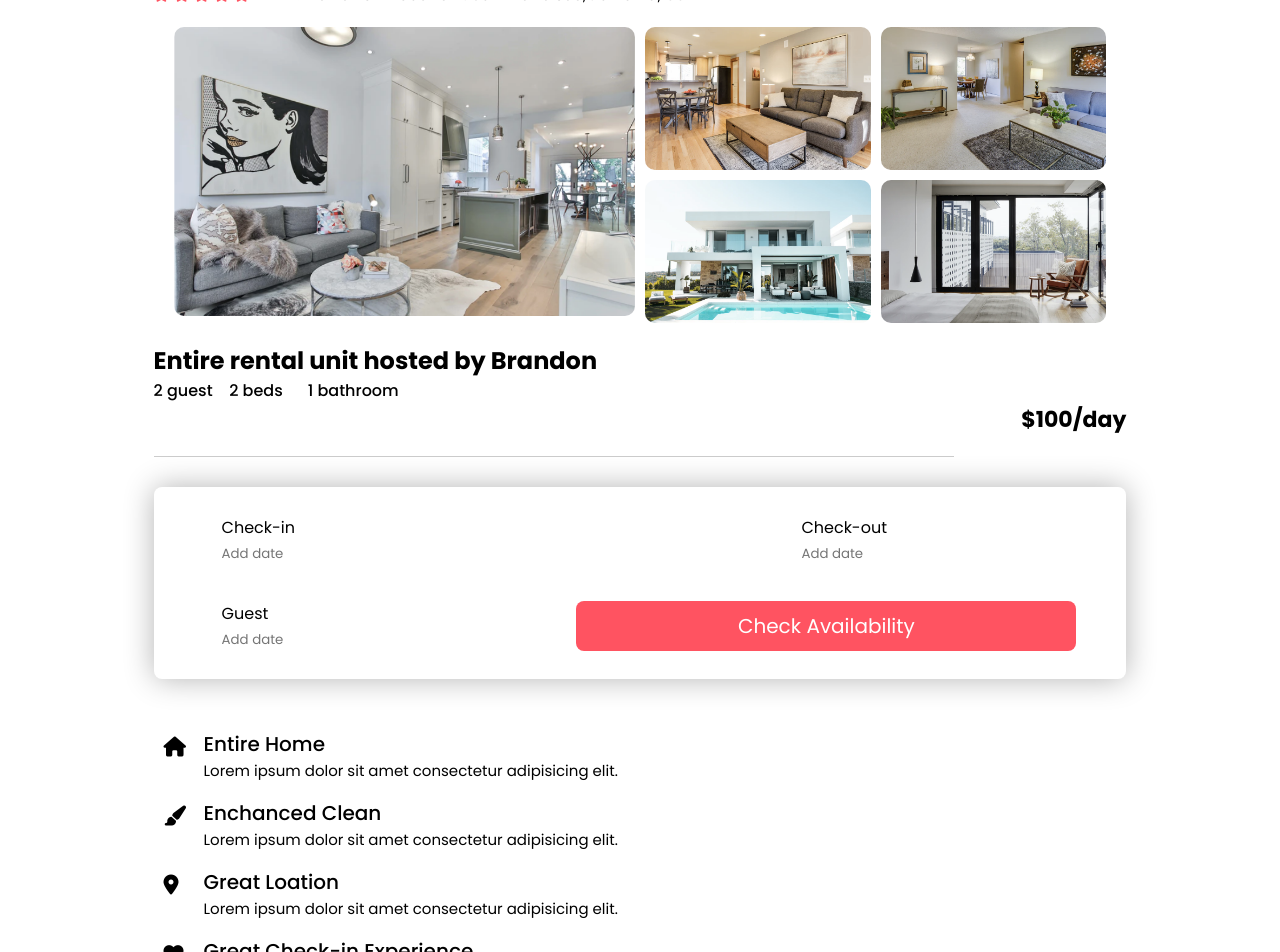
Repository: pinocoding/AirBnB
Page: house.html
An editor plug-in stored every save of this project. The page is shown before and after the next save, followed by the edit.
The browser window is 1280 px wide. The pictures show the part of the page from y = 211 to 1163 px (the page is 2510 px tall).

Above is the page before, as saved 2022-02-12 18:35:02.
Console error: TypeError: Cannot set properties of null (setting 'onchange')

### house.html
<!DOCTYPE html>
<html lang="en">

<head>
    <meta charset="UTF-8">
    <meta http-equiv="X-UA-Compatible" content="IE=edge">
    <meta name="viewport" content="width=device-width, initial-scale=1.0">
    <link rel="stylesheet" href="https://cdnjs.cloudflare.com/ajax/libs/font-awesome/6.0.0-beta3/css/all.min.css">
    <link rel="stylesheet" href="style.css">
    <title>House</title>
</head>

<body>
    <div class="warrper">
        <!-- --------Nav------------ -->
        <nav id="navBar" class="navbar-white">
            <a href="./index.html"><img src="./images/logo-red.png" class="logo" alt="blem"></a>

            <ul class="nav-links">
                <li><a href="./index.html">Popular Places</a></li>
                <li><a href="./house.html" class="active">Travel Outside</a></li>
                <li><a href="./listing.html">Online Packages</a></li>
            </ul>
            <a href="#" class="regiser-btn">Register Now</a>
            <i class="fas fa-bars menuIcon"></i>
        </nav>
        <!-- ------------nav-------------------- -->
        <div class="house-details">
            <div class="house-title">
                <h1>Wenge House</h1>
                <div class="row">

                    <div>
                        <i class="fas fa-star"></i>
                        <i class="fas fa-star"></i>
                        <i class="fas fa-star"></i>
                        <i class="fas fa-star"></i>
                        <i class="fas fa-star-half-alt"></i>
                        <span> 245 Reviews</span>
                    </div>
                    <p>
                        Location : San Francisco,Califonia, USA
                    </p>
                </div>
            </div>
            <div class="gallery">
                <div class="gallery-img-1"><img src="./images/house-1.png" alt=""></div>
                <div><img src="./images/house-2.png" alt=""></div>
                <div><img src="./images/house-3.png" alt=""></div>
                <div><img src="./images/house-4.png" alt=""></div>
                <div><img src="./images/house-5.png" alt=""></div>
            </div>
            <div class="small-details">
                <h2>
                    Entire rental unit hosted by Brandon
                </h2>
                <p>
                    2 guest&nbsp; &nbsp; 2 beds &nbsp; &nbsp;&nbsp; 1 bathroom
                </p>
                <h4>
                    $100/day
                </h4>
            </div>
            <hr class="line">
            <form class="check-form">
                <div>
                    <label for="">Check-in</label>
                    <input type="text" placeholder="Add date"></input>
                </div>
                <div>
                    <label for="">Check-out</label>
                    <input type="text" placeholder="Add date"></input>
                </div>
                <div>
                    <label class="guest-field">Guest</label>
                    <input type="text" placeholder="Add date"></input>
                </div>
                <button type="submit">Check Availability</button>
            </form>
            <ul class="details-list">
                <li>
                    <i class="fa fa-home"></i> Entire Home
                    <span>
Lorem ipsum dolor sit amet consectetur adipisicing elit.
                </span>
                </li>
                <li><i class="fa fa-paint-brush"></i> Enchanced Clean
                    <span>
Lorem ipsum dolor sit amet consectetur adipisicing elit.
                </span>
                </li>


                <li> <i class="fa fa-map-marker-alt"></i> Great Loation
                    <span>
Lorem ipsum dolor sit amet consectetur adipisicing elit.
                </span>
                </li>
                <li><i class="fa fa-heart"></i> Great Check-in Experience
                    <span>
Lorem ipsum dolor sit amet consectetur adipisicing elit.
                </span>
                </li>

                <hr class="line">
                <p class="home-desc">
                    Lorem ipsum dolor sit amet consectetur, adipisicing elit. Ex quam repudiandae molestias. Quo, unde. Sapiente, autem quisquam? Unde perspiciatis fugiat dolore officiis hic adipisci ea blanditiis, omnis doloremque ipsum quod. Lorem ipsum, dolor sit amet
                    consectetur adipisicing elit. Odit tempore quod et quisquam repellendus debitis porro, animi natus aperiam hic ipsam nam voluptas fuga id in nihil. Autem, perspiciatis a.
                </p>
                <hr class="line">
                <div class="map">
                    <h3>Location on map </h3>
                    <iframe src="https://www.google.com/maps/embed?pb=!1m18!1m12!1m3!1d15672.688169808336!2d106.59024387759956!3d10.874515898531596!2m3!1f0!2f0!3f0!3m2!1i1024!2i768!4f13.1!3m3!1m2!1s0x3174d58f3d99ccbd%3A0x5e12439e238387fe!2sHoc%20Mon%20Market!5e0!3m2!1sen!2s!4v1644088749813!5m2!1sen!2s"
                        width="600" height="450" style="border:0;" allowfullscreen="" loading="lazy"></iframe>

                </div>
                <b>Location : San Francisco,Califonia, USA</b>
                <p>It's like your home now </p>
                <hr class="line">
                <div class="host">
                    <img src="./images/host.jpg" alt="">
                    <div>
                        <h2>Hosted by Pino</h2>
                        <p>
                            <span>
                            <i class="fas fa-star"></i>
                            <i class="fas fa-star"></i>
                            <i class="fas fa-star"></i>
                            <i class="fas fa-star"></i>
                            <i class="fas fa-star-half-alt"></i>
                        </span>245 Reviews &nbsp;&nbsp; Response rate 100%&nbsp;&nbsp; Response 60 min </p>
                    </div>
                </div>
                <div class="host-btn">
                    <a href="#" class="contract-host">Contract Host</a>
                </div>
        </div>
        <div>
            <div class="footer"> <a href="https://www.facebook.com/profile.php?id=100018576767732" aria-label="Read more about Seminole tax hike"><i class="fab fa-facebook"></i></a>
                <a href=""><i class="fab fa-youtube" aria-label="Read more about Seminole tax hike"></i> </a>

                <a href=""><i class="fab fa-twitter" aria-label="Read more about Seminole tax hike"></i></a> <a href=""><i class="fab fa-instagram" aria-label="Read more about Seminole tax hike"></i></a> <a href=""><i class="fab fa-tiktok" aria-label="Read more about Seminole tax hike"></i></a>
                <hr>
                <p>Copyright @ 2021, Easy Tutorials.</p>
            </div>

        </div>
    </div>

    <script src="./function.js"></script>
</body>

</html>

### style.css
@import url('https://fonts.googleapis.com/css2?family=Poppins:wght@300;400;500;600;700&display=swap');
:root {
    --text-colorWhite: #fff;
    --text-colorBlack: #000;
    --background: #fff;
}

* {
    margin: 0;
    padding: 0;
    box-sizing: border-box;
    font-family: 'Poppins', sans-serif;
}

.header {
    min-height: 100vh;
    width: 100%;
    background-image: linear-gradient(rgba(0, 0, 0, 0.3), rgba(0, 0, 0, 0.3)), url(./images/banner.png);
    background-size: cover;
    background-position: center;
}

nav {
    display: flex;
    align-items: center;
    justify-content: space-between;
    padding: 20px 7%;
}

.logo {
    width: 140px;
    cursor: pointer;
}

.nav-links li {
    list-style: none;
    display: inline-block;
    margin: 10px 30px;
}

.nav-links li a:hover {
    color: #ccc;
    border-radius: 4px;
}

.nav-links li a {
    text-decoration: none;
    color: var(--text-colorWhite);
}

.regiser-btn {
    background: var(--background);
    color: #000;
    padding: 8px 20px;
    border-radius: 20px;
    font-size: 14px;
    text-decoration: none;
    outline: none;
    cursor: pointer;
}

.container {
    padding: 0 7%;
}

.container h1 {
    font-size: 4vw;
    font-weight: 500;
    color: var(--text-colorWhite);
    text-align: center;
    padding-top: 22%
}

.search-bar {
    background: var(--background);
    width: 50%;
    margin: 30px auto;
    padding: 6px 10px 6px 30px;
    border-radius: 50px;
}

.search-bar form {
    display: flex;
    align-items: center;
    flex-wrap: wrap;
}

.search-bar form input {
    display: block;
    border: 0;
    outline: none;
    background: transparent;
}

.search-bar form button {
    background: #ff5361;
    width: 55px;
    height: 55px;
    border-radius: 50%;
    outline: none;
    border: 0;
    cursor: pointer;
}

.search-bar form button img {
    width: 15px;
    margin-top: 7px;
}

.location-input {
    flex: 1;
}

.search-bar form label {
    font-weight: 600;
}


/* ---------Exclusives--------- */

.sub-title {
    margin: 50px 0 20px;
    font-size: 2.2vw;
    font-weight: 500;
    color: #333;
}

.exclusives {
    display: grid;
    /* -ms-grid-columns: 1fr 1fr; */
    /* -ms-grid-column: (minmax(200px,1fr)[auto-fit]); */
    grid-template-columns: repeat(auto-fit, minmax(200px, 1fr));
    grid-gap: 30px;
}

.exclusives div img {
    width: 100%;
    border-radius: 10px;
}

.exclusives div {
    position: relative;
}

.exclusives div span {
    position: absolute;
    top: 50%;
    left: 50%;
    transform: translate(-50%, -50%);
    color: var(--text-colorWhite);
    text-align: center;
    cursor: pointer;
}


/* ------------Trending Please---------------------- */

.trending {
    display: grid;
    grid-template-columns: repeat(auto-fit, minmax(200px, 1fr));
    grid-gap: 30px;
    margin-bottom: 30px;
}

.trending div img {
    width: 100%;
    border-radius: 10px;
}

.trending h3 {
    font-size: 600;
    margin-top: 10px
}


/* -----Call to action --- */

.cta {
    margin: 80px 0;
    background-image: linear-gradient(to right, #3f2321, transparent), url(./images/banner-2.png);
    background-size: cover;
    background-position: center;
    border-radius: 10px;
    padding: 100px;
    color: var(--text-colorWhite);
}

.cta h3 {
    font-size: 4vw;
    line-height: 5.3vw;
    font-weight: 500;
}

.cta p {
    font-size: 18px;
    margin: 10px 0;
}

.cta .cta-btn {
    background: #ff5361;
    color: #fff;
    text-decoration: none;
    padding: 12px 30px;
    border-radius: 10px;
    margin-top: 20px;
    display: inline-block;
}


/* ------------Traveller Stories--------- */

.stories {
    display: grid;
    grid-template-columns: repeat(auto-fit, minmax(200px, 1fr));
    grid-gap: 30px;
    margin-bottom: 30px;
}

.stories div img {
    width: 100%;
    border-radius: 10px;
}

.stories div {
    position: relative;
    text-align: center;
}

.stories p {
    width: 80%px;
    position: absolute;
    top: 50%;
    left: 50%;
    transform: translate(-50%, -50%);
    color: var(--text-colorWhite);
    font-size: 26px;
}

.start-btn {
    text-decoration: none;
    background-color: #ff5361;
    color: var(--text-colorWhite);
    font-size: 20px;
    width: 80%;
    max-width: 350px;
    display: block;
    text-align: center;
    margin: 60px auto;
    border-radius: 30px;
    padding: 15px;
    border-radius: 40px;
}

.about-msg {
    text-align: center;
    /* margin: 80px 0; */
    color: #333;
    font-size: 17px;
}

.about-msg h2 {
    font-size: 28px;
    margin-bottom: 30px;
    font-size: 500;
}


/* --------Footer-----   */

.footer {
    /* margin: 80px 0 10px; */
    text-align: center;
}

.footer a {
    text-decoration: none;
    color: #999;
    ;
    font-size: 22px;
    margin: 0 10px
}

.footer hr {
    background-color: #999;
    height: 1px;
    width: 100%;
    border: 0;
    margin: 20px 0;
}

.footer p {
    padding-top: 15px;
}


/* ----Active ne------- */

.active {
    position: relative;
}

.active::after {
    position: absolute;
    content: "";
    background: #fff;
    width: 30%;
    border-radius: 2px;
    height: 2px;
    left: 50%;
    transform: translate(-50%);
    top: 110%;
}

nav .fa-bars {
    display: none;
}


/* p,h3,a {
  text-transform: capitalize
} */


/*-------------------------RESponve-------------------------------  */


/* --------listing--------- */

.navbar-white {
    background: #fff;
    box-shadow: 0 5px 10px rgba(0, 0, 0, 0.05);
}

.navbar-white .nav-links li a {
    color: #000;
}

.navbar-white .regiser-btn {
    background: #ff5361;
    color: #fff;
}

nav.navbar-white .fa-bars {
    color: #000;
}

.navbar-white .active::after {
    background: #ff5361;
}


/* -------------list-Container------- */

.list-container {
    margin-top: 50px;
    display: flex;
    flex-wrap: wrap;
    justify-content: space-between;
}

.left-col {
    flex-basis: 70%;
}

.right-col {
    flex-basis: 25%;
}

.left-col h1 {
    color: #333;
    font-weight: 600;
    font-size: 2vw;
    text-align: left;
    padding: 0 0 30px;
}

.house {
    display: flex;
    justify-content: space-between;
    flex-wrap: wrap;
    padding: 30px 0;
    border-top: 1px solid #ccc;
}

.house-img {
    flex-basis: 40%;
}

.house-info {
    flex-basis: 58%;
}

.house-img img {
    width: 100%;
    border-radius: 12px;
}

.house-info h3 {
    font-weight: 600;
    color: #333;
    font-size: 22px;
    margin: 4px 0'

}

.house-info i {
    color: #ff5361;
    font-size: 20px;
    margin: 10px 1px;
}

.house-info .house-price {
    text-align: right;
}

.house-info .house-price h4 {
    font-size: 20px;
}

.house-price h4 span {
    font-weight: 500;
    font-size: 16px;
}

.sidebar {
    border: 1px solid #999;
    padding: 20px 30px;
}

.sidebar h2 {
    font-weight: 500;
}

.sidebar h3 {
    font-weight: 500;
    margin: 20px 0 10px;
}

.filter {
    display: flex;
    align-items: center;
    color: #555;
    margin-bottom: 10px;
}

.filter p {
    flex: 1;
}

.filter input {
    margin-right: 10px;
    cursor: pointer;
}

.sidebar-links {
    text-align: right;
    margin: 20px 0
}

.sidebar-links a {
    text-decoration: none;
    color: #000;
}


/* -------House---details----- */

.house-details {
    padding: 0 12%
}

.house-title {
    margin-top: 50px;
}

.house-title h1 {
    font-weight: 600;
}

.house-title .row {
    display: flex;
    flex-wrap: wrap;
    align-items: center;
    margin: 10px 0;
}

.house-title span {
    margin: 0 20px
}

.house-title i {
    color: #ff5361;
    font-size: 14px;
}

.gallery {
    display: grid;
    grid-gap: 10px;
    grid-template-areas: "first first . ." "first first . .";
    margin: 20px;
}

.gallery div img {
    width: 100%;
    display: block;
    border-radius: 10px;
}

.gallery .gallery-img-1 {
    grid-area: first;
}

.small-details {
    font-weight: 500;
}

.small-details h4 {
    text-align: right;
    font-size: 22px;
}

.line {
    border: 0;
    height: 1px;
    max-width: 800px;
    margin: 20px 0;
    background: #ccc;
    width: 100%;
}

.check-form {
    margin: 30px 0;
    background: #fff;
    box-shadow: 0 0 30px rgba(0, 0, 0, 0.3);
    border-radius: 8px;
    display: flex;
    flex-wrap: wrap;
    align-items: center;
    justify-content: space-between;
    padding: 10px 50px;
}

.check-form label {
    display: block;
}

.check-form div {
    padding: 18px
}

.check-form input {
    background: transparent;
    border: 0;
    outline: none;
}

.check-form button {
    background: #ff5361;
    border: 0;
    outline: none;
    color: #fff;
    padding: 10px;
    width: 500px;
    border-radius: 8px;
    font-size: 20px;
    padding: 10px;
}

.guest-field {
    flex: 1;
}

.details-list {
    list-style: none;
    margin: 50px 0;
}

.details-list li {
    margin-left: 50px;
    font-size: 20px;
    font-weight: 500;
    margin-bottom: 16px;
    position: relative;
}

.details-list span {
    display: block;
    font-size: 15px;
    font-weight: 400;
}

.details-list li i {
    position: absolute;
    top: 8px;
    left: -40px;
}

.home-desc {
    max-width: 800px;
    margin: 0 50px;
}

.map {
    margin: 50px 0;
}

.map iframe {
    width: 100%;
    margin-bottom: 30px;
}

.map h3 {
    font-size: 26px;
    font-weight: 500;
    margin-bottom: 16px;
}

.map b {
    display: block;
    margin-bottom: 16px;
}

.host {
    display: flex;
    align-items: center;
}

.host img {
    border-radius: 50%;
    width: 80px;
    margin-right: 30px;
}

.host h2 {
    font-weight: 500;
}

.host i {
    color: #ff5361
}

.contract-host {
    display: inline-block;
    margin: 40px 0 40px 120px;
    text-decoration: none;
    color: black;
    padding: 15px 50px;
    border: 1px solid #ff5361;
    border-radius: 8px;
}

.switch {
    position: fixed;
    display: inline-block;
    width: 60px;
    height: 34px;
    bottom: 15px;
    left: 15px;
}

.dark {
    background: black;
}

.dark {}


/* Hide default HTML checkbox */

.switch input {
    opacity: 0;
    width: 0;
    height: 0;
}


/* The slider */

.slider {
    position: absolute;
    cursor: pointer;
    top: 0;
    left: 0;
    right: 0;
    bottom: 0;
    background-color: #ccc;
    -webkit-transition: .4s;
    transition: .4s;
}

.slider:before {
    position: absolute;
    content: "";
    height: 26px;
    width: 26px;
    left: 4px;
    bottom: 4px;
    background-color: white;
    -webkit-transition: .4s;
    transition: .4s;
}

input:checked+.slider {
    background-color: #2196F3;
}

input:focus+.slider {
    box-shadow: 0 0 1px #2196F3;
}

input:checked+.slider:before {
    -webkit-transform: translateX(26px);
    -ms-transform: translateX(26px);
    transform: translateX(26px);
}


/* Rounded sliders */

.slider.round {
    border-radius: 34px;
}

.slider.round:before {
    border-radius: 50%;
}

@media screen and (max-width:700px) {
    .house-details {
        padding: 0 7%;
    }
    .logo {
        position: fixed;
        top: 4%;
        left: 7%;
    }
    nav {
        position: fixed;
        top: 0;
        z-index: 99;
        width: 100%;
        display: inline-block;
        padding: 100px 7% 0;
        text-align: right;
        background: #000;
        max-height: 100px;
        overflow: hidden;
        transition: max-height 0.5s;
    }
    nav .nav-links li {
        margin: 10px 0;
        display: block;
    }
    .regiser-btn {
        margin: 15px 0 30px;
        display: inline-block;
        cursor: pointer;
    }
    nav .fa-bars {
        display: block;
        position: fixed;
        top: 4%;
        right: 7%;
        font-size: 30px;
        color: #fff;
    }
    .active::after {
        background: #fff;
        width: 20%;
        border-radius: 2px;
        height: 2px;
        left: -25%;
        top: 50%;
        transform: translate(0, -50%);
    }
    .hidemenu {
        max-height: 300px;
    }
    .header h1 {
        font-size: 7vw;
        padding-top: 150px;
    }
    .search-bar {
        position: relative;
        width: 90%;
        margin: 30px auto;
        padding: 20px 10px 30px;
        border-radius: 5px;
    }
    .search-bar form {
        display: block;
    }
    .search-bar form input {
        border-bottom: 1px solid #ddd;
        width: 100%;
        margin-bottom: 5px;
        margin-top: 10px;
        padding-bottom: 10px;
    }
    .search-bar form button {
        position: absolute;
        left: 50%;
        transform: translate(-50%);
    }
    .sub-title {
        font-size: 6vw;
    }
    .cta {
        padding: 15% 5%;
    }
    .cta h3 {
        font-size: 7vw;
        line-height: 8vw;
    }
    .cta p {
        font-size: 14px;
    }
    .cta-btn {
        padding: 6px 15px;
        border-radius: 4px;
        margin-top: 10px;
        font-size: 14px;
    }
    /* listing */
    .list-container {
        margin-top: 150px;
    }
    .left-col,
    .right-col,
    .house-img,
    .house-info {
        flex-basis: 100%;
    }
    .left-col.h1 {
        font-size: 22px;
    }
    .house-info {
        font-size: 18px;
    }
    .house-info i {
        font-size: 16px;
    }
    .stories p {
        font-size: 20px;
    }
    .about-msg {
        font-size: 15px;
    }
    .house-details {
        margin-top: 140px;
    }
    .row p {
        margin-top: 10px;
        font-size: 12px;
    }
    .gallery {
        padding: 0px;
        grid-template-areas: "first first" "first first" " . . " " . . ";
    }
    h1 {
        font-size: 25px;
    }
    .small-details h2 {
        font-size: 20px;
        margin-top: 15px;
    }
    .small-details h4 {
        font-size: 15px;
        text-align: left;
        margin: 18px 0;
    }
    .check-form {
        padding: 10px 30px
    }
    .check-form div {
        padding: 20px 0;
        width: 100%;
    }
    .check-form input {
        border-bottom: 1px solid #ccc;
        width: 100%;
        padding-bottom: 10px;
    }
    .check-form button {
        font-size: 14px;
        margin-top: 10p;
        margin-bottom: 15px;
        border-radius: 4px;
    }
    .line {
        margin-top: 20px;
    }
    .home-desc {
        font-size: 15px;
        margin: 0 5px;
        text-align: justify;
    }
    .map h3 {
        font-size: 20px;
    }
    .host {
        display: block;
        line-height: 28px;
    }
    .host-btn {
        text-align: center;
        margin-top: 40px;
    }
    .host-btn .contract-host {
        margin: 0 auto;
    }
    .host h2 {
        font-size: 15px;
    }
    .host p {
        font-size: 12px;
    }
}

### function.js
var navBar = document.getElementById("navBar");
var menuIcon = document.querySelector(".menuIcon");
var modeToggle = document.querySelector(".switch");
var wrapper = document.querySelector(".warrper");
menuIcon.onclick = function() {
    navBar.classList.toggle("hidemenu");
};
modeToggle.onchange = function(e) {
    if (e.target.checked) {
        wrapper.classList.add("dark");
    } else {
        wrapper.classList.remove("dark");
    }
};

After the next save:
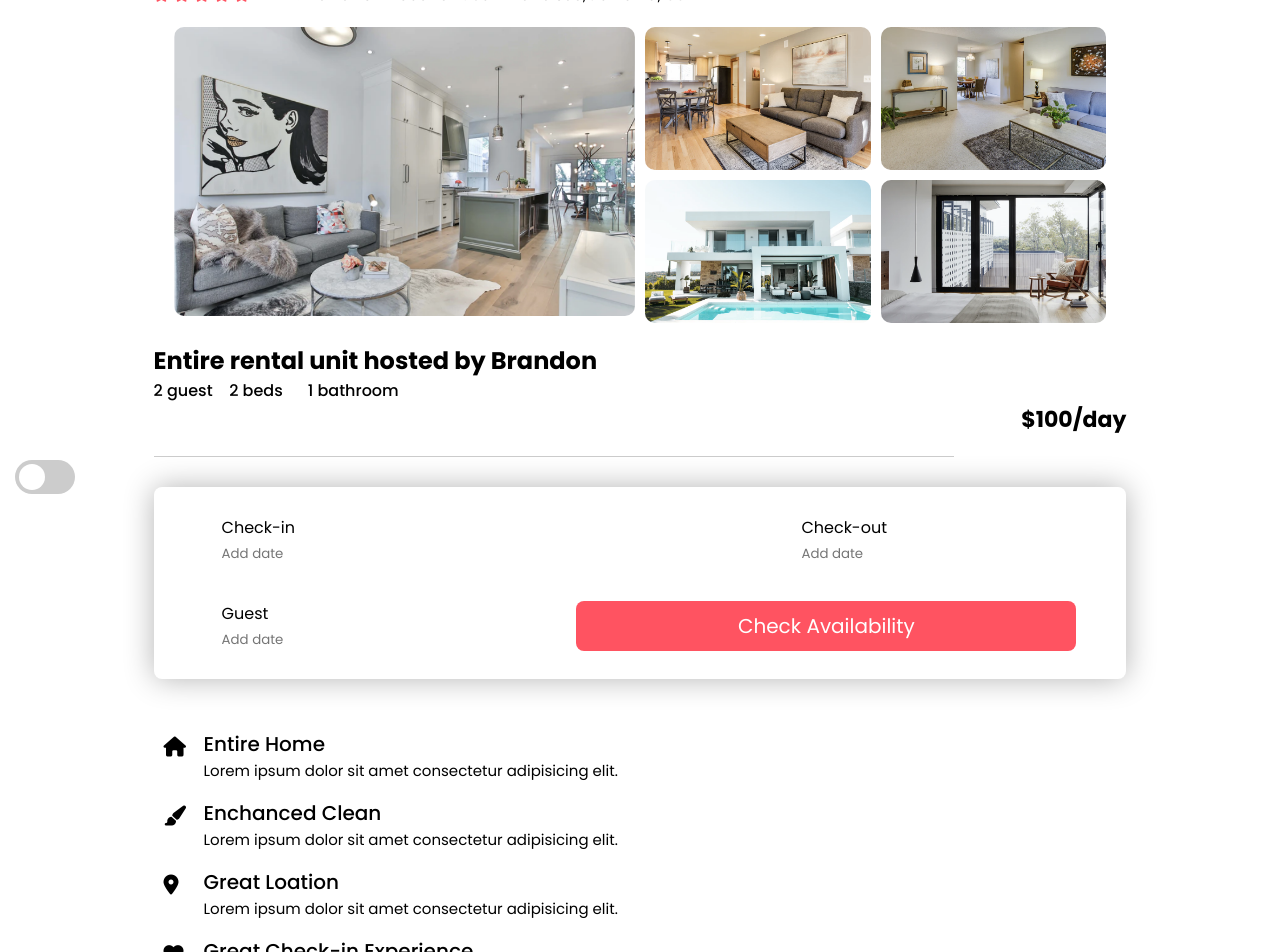
The error is gone.
Saved 49 s later.
--- a/house.html
+++ b/house.html
@@ -12,6 +12,10 @@
 
 <body>
     <div class="warrper">
+        <label class="switch">
+            <input type="checkbox">
+            <span class="slider round"></span>
+          </label>
         <!-- --------Nav------------ -->
         <nav id="navBar" class="navbar-white">
             <a href="./index.html"><img src="./images/logo-red.png" class="logo" alt="blem"></a>
